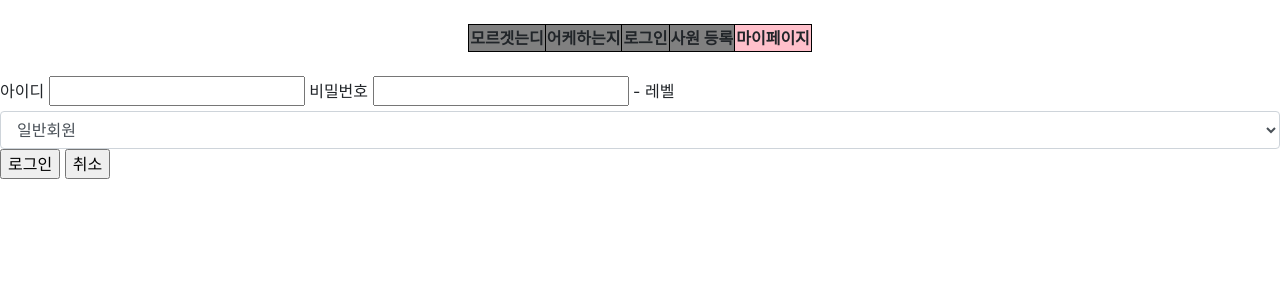
Repository: yjeongyjeong/jsp
Page: http://localhost/Practice_09/login.do
These files come from the project's save history. The page is drawn as it stood at one moment and after the next save; the edit follows.
The browser window is 1280 px wide. The pictures show the whole page.
The page is served by Tomcat 9.

Above is the page before, as saved 2023-10-17 08:52:04.

After the next save:
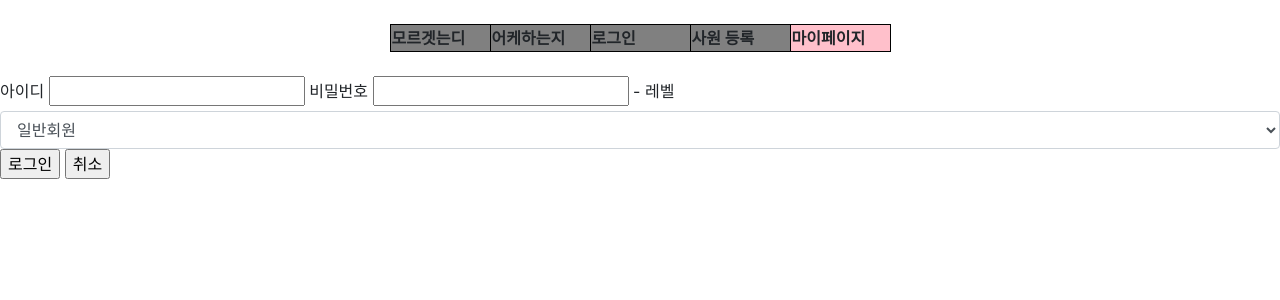
Saved 38 s later.
--- a/Practice_09/src/main/webapp/member/loginHeader.jsp
+++ b/Practice_09/src/main/webapp/member/loginHeader.jsp
@@ -5,7 +5,7 @@ table, th, td {
   border: 1px solid black;
 }
 th{ /* 사이즈 어케주냐... */
-size: 100px;
+width: 100px;
 }
 table {
     margin-left:auto;
